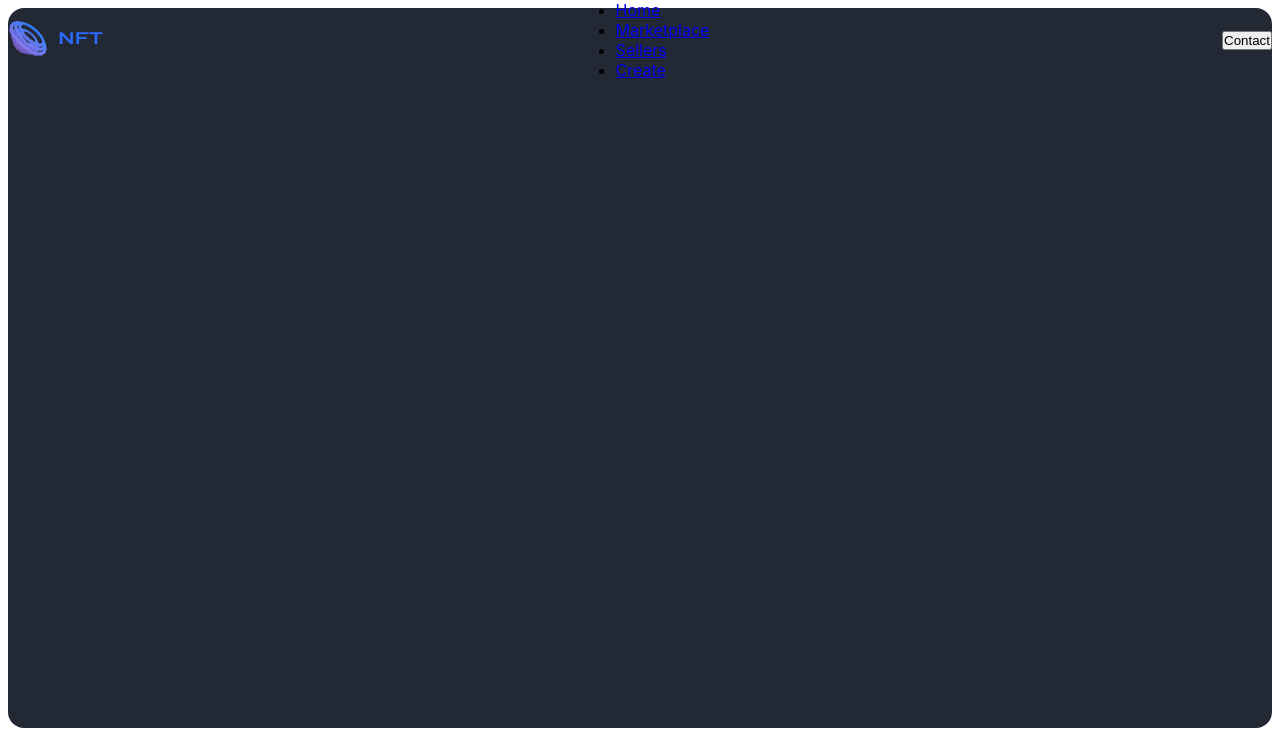
Repository: Ellisvelandia/NFT
Page: /
These files come from the project's save history. The page is drawn as it stood at one moment and after a run of saves; the edit follows.
The browser window is 1280 px wide. The pictures show the whole page.
The project was rebuilt for these pictures with package versions that can differ from the ones it lists, and the page was loaded fresh each time.

Above is the page before, as saved 2022-08-21 04:06:59.

After the next 3 saves:
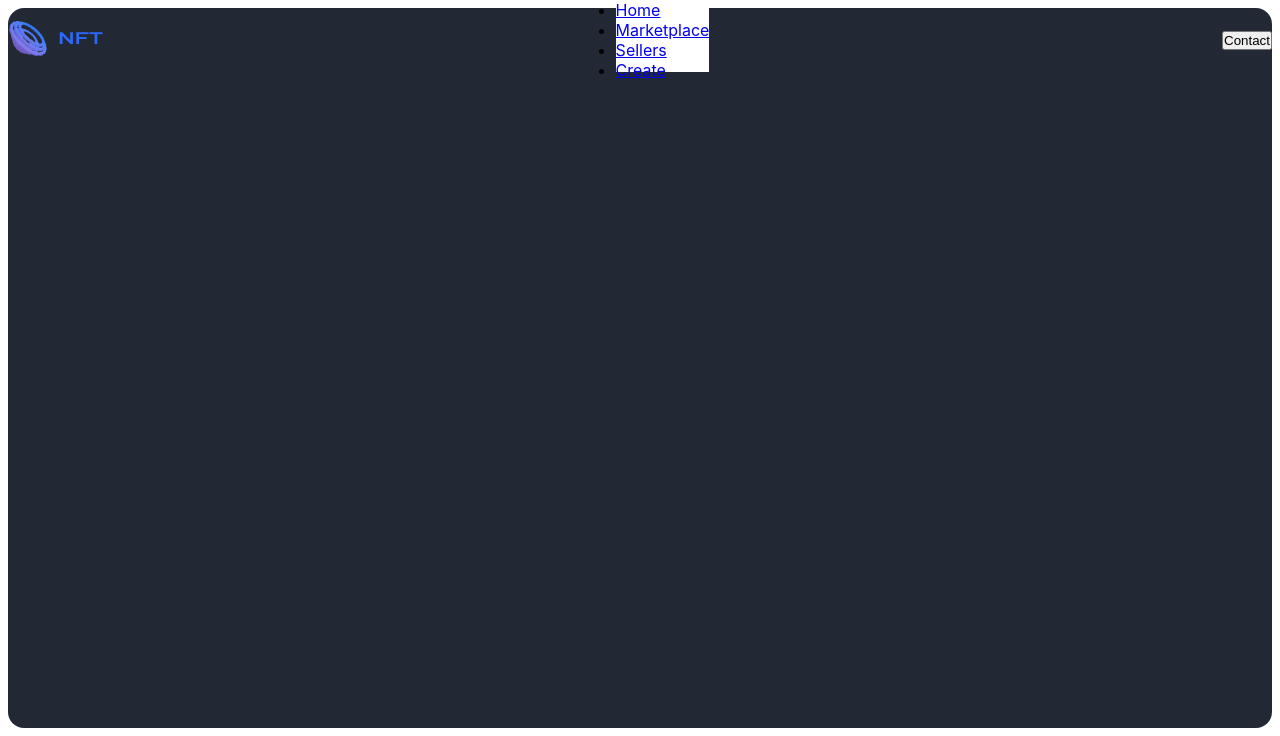
The 3 saves are shown as one change because they came seconds apart.
The last was saved 9 s later.
--- a/src/components/Navbar.jsx
+++ b/src/components/Navbar.jsx
@@ -26,24 +26,24 @@
           </li>
         </ul>
       </div>
-      <Button text="Contact"/>
+      <Button text="Contact" />
     </Nav>
   );
 }
 
 const Nav = styled.nav`
-display: flex;
-justify-content: space-between;
-align-items: center;
-margin: 0 2 rem;
-.toggle {
-  display:none;
-}
-.links {
-  height:4rem;
-  display:flex;
-  justify-conetent:center;
-  align-items:center;
-  background
-}
+  display: flex;
+  justify-content: space-between;
+  align-items: center;
+  margin: 0 2 rem;
+  .toggle {
+    display: none;
+  }
+  .links {
+    height: 4rem;
+    display: flex;
+    justify-conetent: center;
+    align-items: center;
+    background-color: white;
+  }
 `;
